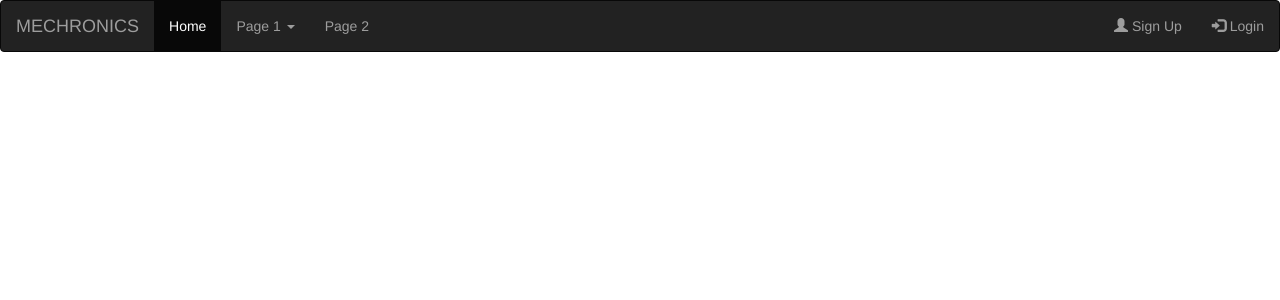
Repository: Shaheenkhan/MECHRONICS
Page: http://localhost/MECHRONICS/
The author's editor kept a copy of each file at every save. The page is drawn from the files as they stood at one save, then again after the next save.
The browser window is 1280 px wide. The pictures show the whole page.
The page is served by Tomcat 9. Other server files are loaded and not shown.

Above is the page before, as saved 2016-10-24 20:07:57.

### MECHRONICS/src/main/webapp/index.jsp
<jsp:include page="WEB-INF/views/commonheader.jsp"></jsp:include>
<jsp:include page="WEB-INF/views/commonfooter.jsp"></jsp:include>

### MECHRONICS/src/main/webapp/WEB-INF/views/commonheader.jsp
<!DOCTYPE html>
<html lang="en">
<head>
  <title>Bootstrap Case</title>
  <meta charset="utf-8">
  <meta name="viewport" content="width=device-width, initial-scale=1">
  <link rel="stylesheet" href="https://maxcdn.bootstrapcdn.com/bootstrap/3.3.7/css/bootstrap.min.css">
  <script src="https://ajax.googleapis.com/ajax/libs/jquery/1.12.4/jquery.min.js"></script>
  <script src="https://maxcdn.bootstrapcdn.com/bootstrap/3.3.7/js/bootstrap.min.js"></script>
</head>
<body>

<nav class="navbar navbar-inverse">
  <div class="container-fluid">
    <div class="navbar-header">
      <a class="navbar-brand" href="#">MECHRONICS</a>
    </div>
    <ul class="nav navbar-nav">
      <li class="active"><a href="#">Home</a></li>
      <li class="dropdown"><a class="dropdown-toggle" data-toggle="dropdown" href="#">Page 1 <span class="caret"></span></a>
        <ul class="dropdown-menu">
          <li><a href="#">Page 1-1</a></li>
          <li><a href="#">Page 1-2</a></li>
          <li><a href="#">Page 1-3</a></li>
        </ul>
      </li>
      <li><a href="#">Page 2</a></li>
    </ul>
    <ul class="nav navbar-nav navbar-right">
      <li><a href="#"><span class="glyphicon glyphicon-user"></span> Sign Up</a></li>
      <li><a href="#"><span class="glyphicon glyphicon-log-in"></span> Login</a></li>
    </ul>
  </div>
</nav>

Loaded but not shown: MECHRONICS/src/main/webapp/WEB-INF/views/commonfooter.jsp (common file)

After the next save:
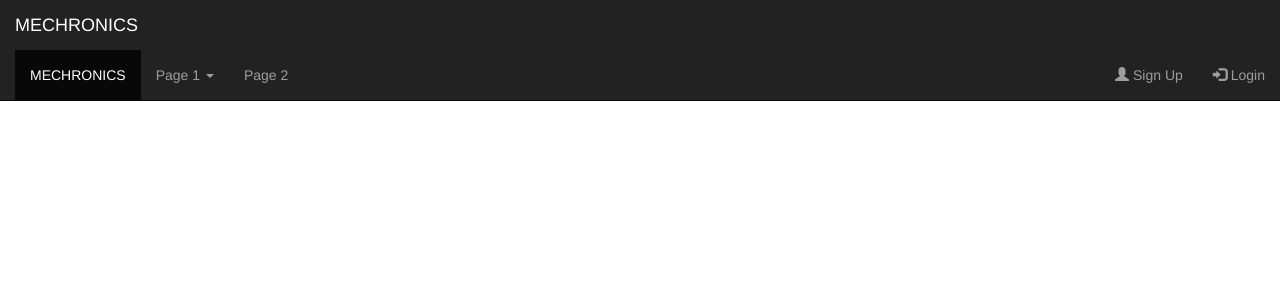
Saved 69 min 44 s later.
--- a/MECHRONICS/src/main/webapp/WEB-INF/views/commonheader.jsp
+++ b/MECHRONICS/src/main/webapp/WEB-INF/views/commonheader.jsp
@@ -9,17 +9,22 @@
   <script src="https://maxcdn.bootstrapcdn.com/bootstrap/3.3.7/js/bootstrap.min.js"></script>
 </head>
 <body>
-
-<nav class="navbar navbar-inverse">
+<nav class="navbar navbar-inverse navbar-fixed-top">
   <div class="container-fluid">
     <div class="navbar-header">
+    <button type="buttons" class="navbar-toggle" data-toggle="collapse" dara-target="#mynavbar">
+    <span class="icon-bar"></span>
+    <span class="icon-bar"></span>
+    <span class="icon-bar"></span>
+    </button>
       <a class="navbar-brand" href="#">MECHRONICS</a>
     </div>
+    <div class="collapse navbar-collapse" id="my Navbar"></div>
     <ul class="nav navbar-nav">
-      <li class="active"><a href="#">Home</a></li>
+      <li class="active"><a href="#">MECHRONICS</a></li>
       <li class="dropdown"><a class="dropdown-toggle" data-toggle="dropdown" href="#">Page 1 <span class="caret"></span></a>
         <ul class="dropdown-menu">
-          <li><a href="#">Page 1-1</a></li>
+          <li><a href="#"></a></li>
           <li><a href="#">Page 1-2</a></li>
           <li><a href="#">Page 1-3</a></li>
         </ul>
